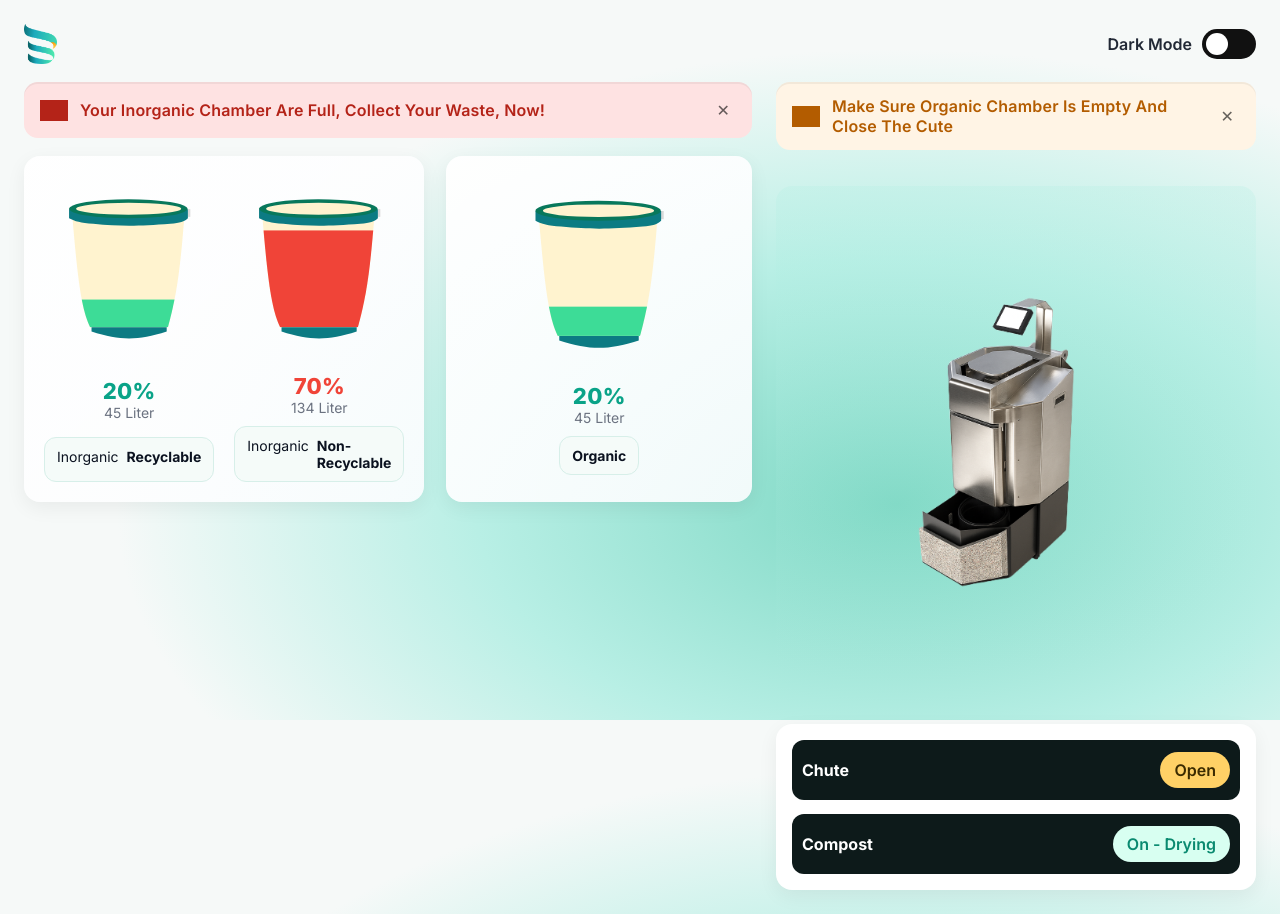
Repository: william-saputra/nusabin
Page: pages/homepage.html
The author's editor kept a copy of each file at every save. The page is drawn from the files as they stood at one save, then again after the next save.
The browser window is 1280 px wide. The pictures show the whole page.
Pictures or frames that could not be fetched are drawn as grey boxes. Backgrounds fixed to the window are drawn as part of the page.

Above is the page before, as saved 2025-08-12 23:05:08.

After the next save:
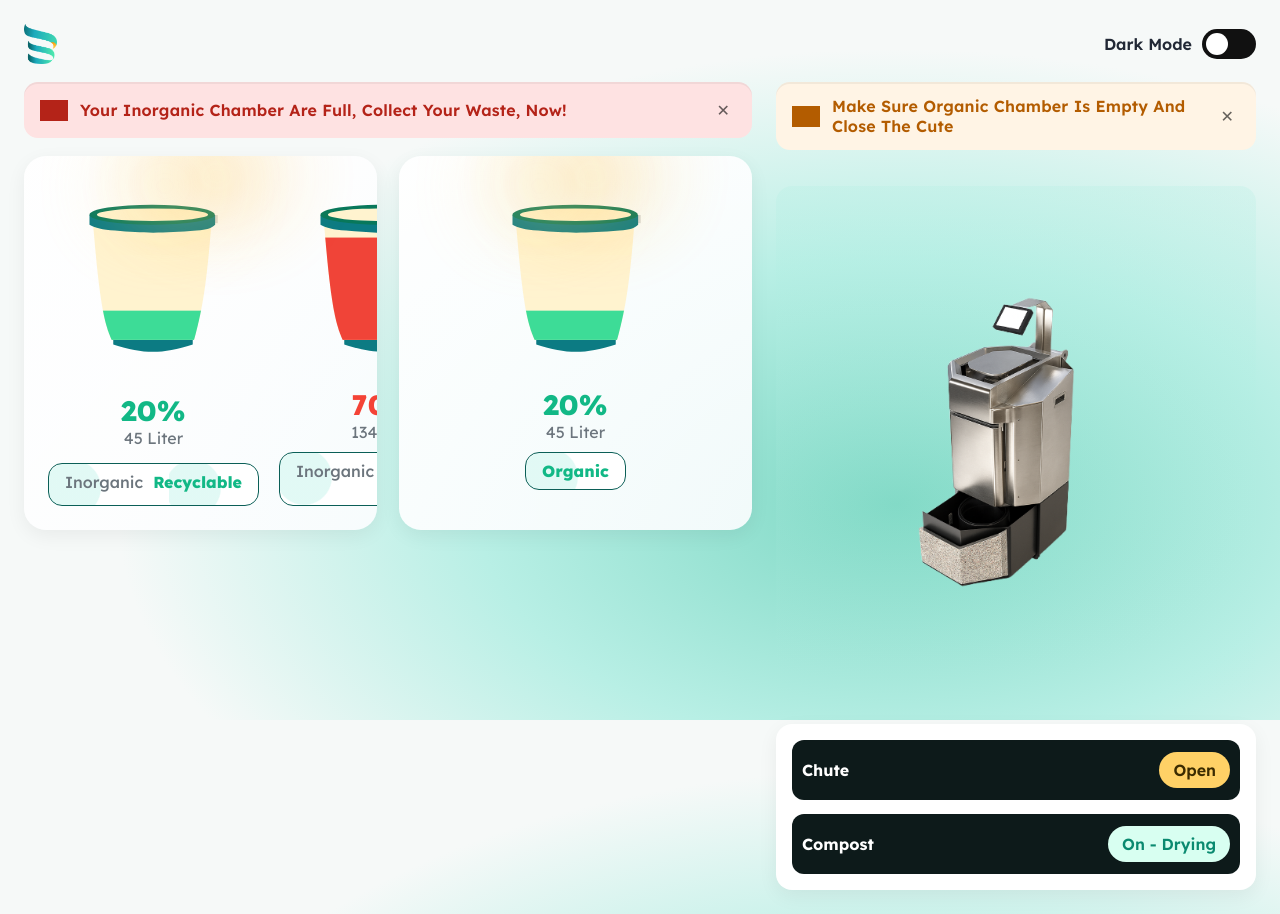
Saved 33 s later.
--- a/styles/base.css
+++ b/styles/base.css
@@ -13,7 +13,7 @@
 html, body { height: 100%; }
 body {
   margin: 0;
-  font-family: Inter, system-ui, -apple-system, Segoe UI, Roboto, Helvetica, Arial, "Apple Color Emoji", "Segoe UI Emoji";
+  font-family: Lexend, Inter, system-ui, -apple-system, Segoe UI, Roboto, Helvetica, Arial, "Apple Color Emoji", "Segoe UI Emoji";
   color: var(--text);
   background: radial-gradient(1200px 700px at 70% 70%, #7ed8c4 0%, #b8efe5 35%, #f6f9f8 65%) no-repeat fixed;
 }
@@ -50,9 +50,12 @@ input:checked + .slider:before { transform: translateX(24px); }
 .left-col { display: block; }
 .left-grid { display: grid; grid-template-columns: 1fr 1fr; gap: 22px; }
 
-.card { background: var(--card); border-radius: 16px; padding: 20px; box-shadow: 0 6px 20px rgba(0,0,0,.06); }
-.card-buckets { display: block; }
-.card-bucket-single { display: block; }
+.card { background: var(--card); border-radius: 22px; padding: 24px; box-shadow: 0 6px 20px rgba(0,0,0,.06); position: relative; overflow: hidden; }
+.card::before, .card::after { content: ""; position: absolute; pointer-events: none; border-radius: 50%; filter: blur(40px); opacity: 0.9; }
+.card::before { width: 260px; height: 180px; top: -70px; right: 30px; background: radial-gradient(closest-side, rgba(255,189,57,0.55), rgba(255,189,57,0) 70%); }
+.card::after  { width: 220px; height: 160px; top: -50px; left: 40%; transform: translateX(-50%); background: radial-gradient(closest-side, rgba(255,225,149,0.55), rgba(255,225,149,0) 70%); }
+.card-buckets { display: block; background: #E2F6EC; }
+.card-bucket-single { display: block; background: #E2F6EC; }
 
 .bucket-group { display: grid; grid-template-columns: 1fr 1fr; gap: 20px; }
 .bucket-item { display: grid; justify-items: center; gap: 10px; }
@@ -60,11 +63,20 @@ input:checked + .slider:before { transform: translateX(24px); }
 .bucket-static { pointer-events: none; }
 
 .bucket-metrics { text-align: center; }
-.bucket-metrics .percent { font-weight: 800; font-size: 22px; color: #0aa388; }
-.bucket-metrics .percent.danger { color: #F04438; }
-.bucket-metrics .liter { color: var(--muted); font-size: 14px; }
+.bucket-metrics .percent { font-weight: 800; font-size: 28px; color: #12B886; }
+.bucket-metrics .percent.danger { color: #F44336; }
+.bucket-metrics .liter { color: #6C757D; font-size: 16px; }
 
-.chip { display: inline-flex; align-items: baseline; gap: 8px; padding: 10px 12px; border-radius: 12px; background: #f5fbf9; border: 1px solid #d7efe9; font-size: 14px; }
+.chip { display: inline-flex; align-items: baseline; gap: 10px; padding: 10px 16px; border-radius: 14px; background: #fff; border: 1.5px solid #0B5F57; font-size: 16px; line-height: 1; min-height: 36px; }
+.chip span { color: #6C757D; font-weight: 500; }
+.chip strong { font-weight: 800; }
+.chip-positive strong { color: #12B886; }
+.chip-negative strong { color: #F44336; }
+.chip {
+  background-image: radial-gradient(circle at 20% 20%, rgba(13, 207, 173, 0.12) 0 20%, rgba(13, 207, 173, 0) 21%),
+                    radial-gradient(circle at 80% 60%, rgba(13, 207, 173, 0.12) 0 20%, rgba(13, 207, 173, 0) 21%);
+  background-size: 120px 120px, 140px 140px;
+}
 
 .right-panel { display: grid; grid-template-rows: 1fr auto; gap: 18px; }
 .machine-wrapper { display: grid; place-items: center; background: linear-gradient(180deg, rgba(176,238,226,.25), rgba(255,255,255,0)); border-radius: 16px; min-height: 520px; }
